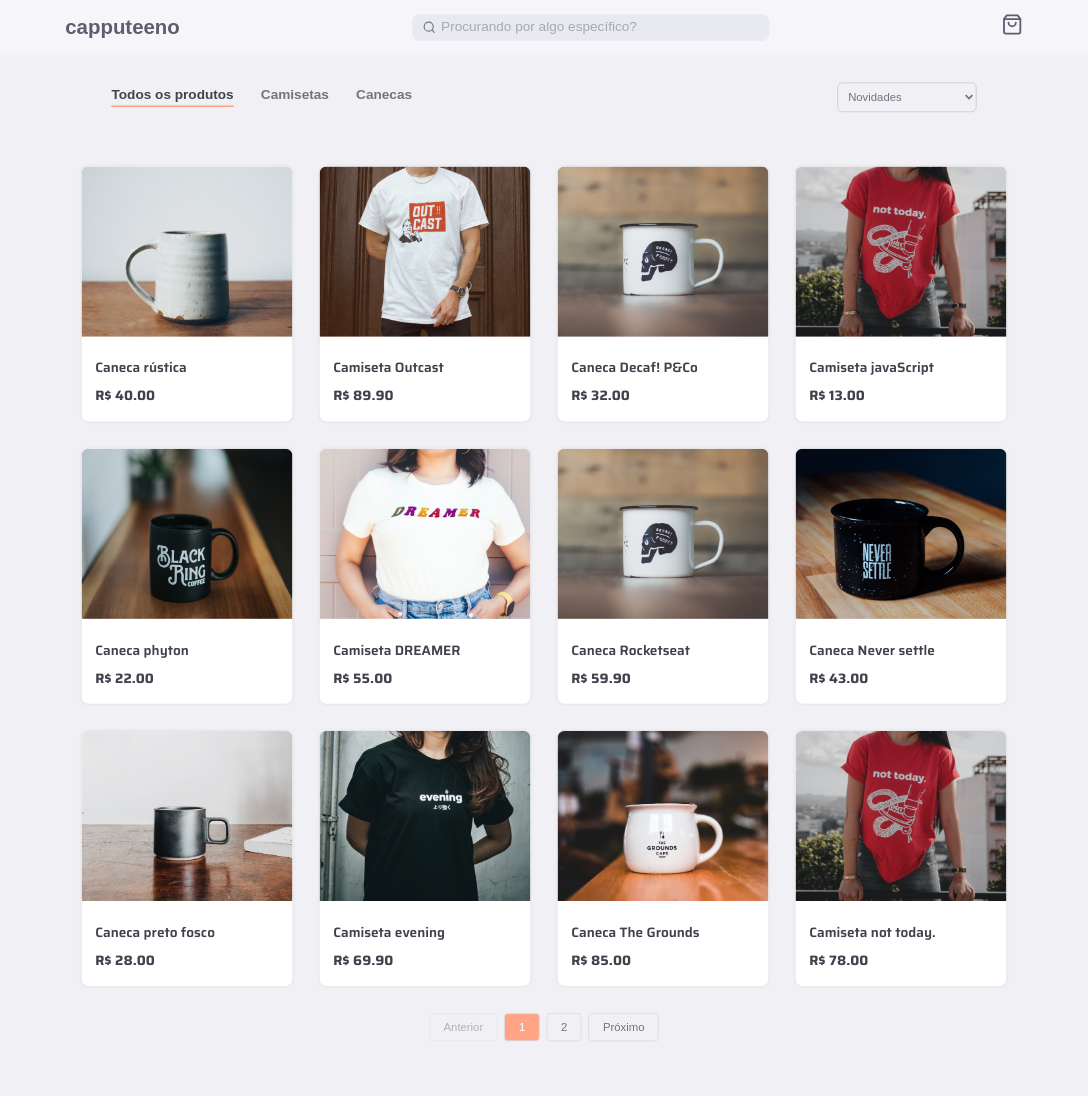
Repository: Biel-barbosa/capputeenoecomerce
Page: /
These files come from the project's save history. The page is drawn as it stood at one moment and after the next save; the edit follows.
The browser window is 1280 px wide. The pictures show the whole page, at 85% of full size.
Some web fonts or font styles are not loaded; a fallback is used. The project was rebuilt for these pictures with package versions that can differ from the ones it lists, and the page was loaded fresh each time. The framework's server and built-in components were replaced by stand-ins that run in the browser. Also part of the build but not shown: next.config.ts.

Above is the page before, as saved 2025-04-25 16:02:49.

### src/app/layout.tsx
import type { Metadata } from "next";
import { Geist, Geist_Mono } from "next/font/google";
import { Saira, Saira_Stencil_One } from 'next/font/google';
import "./globals.css";
import ClientProviders from "@/components/ClientProviders";

const saira = Saira({
  subsets: ['latin'],
  weight: ['400', '600', '700'],
  variable: '--font-saira',
});

const sairaStencilOne = Saira_Stencil_One({
  subsets: ['latin'],
  weight: ['400'],
  variable: '--font-saira-stencil',
});

const geistSans = Geist({
  variable: "--font-geist-sans",
  subsets: ["latin"],
});

const geistMono = Geist_Mono({
  variable: "--font-geist-mono",
  subsets: ["latin"],
});

export const metadata: Metadata = {
  title: "Capputeeno",
  description: "Loja de tecnologia minimalista",
};

export default function RootLayout({
  children,
}: Readonly<{
  children: React.ReactNode;
}>) {
  return (
    <html lang="pt-br" className={`${saira.variable} ${sairaStencilOne.variable} ${geistSans.variable} ${geistMono.variable}`}>
      <body>
        <ClientProviders>
          {children}
        </ClientProviders>
      </body>
    </html>
  );
}

### src/app/page.tsx
'use client';

import { useState, useMemo } from 'react';
import styled from 'styled-components';
import Header from '../components/Header';
import { products as allProducts } from '../data/products';
import ProductsList from '@/components/ProductsList';

const Container = styled.main`
  width: 100%;
  padding: 2rem 4vw;
  background-color: #f0f0f5;
  min-height: 100vh;
  box-sizing: border-box;

  @media (max-width: 1024px) {
    padding: 2rem 3vw;
  }

  @media (max-width: 768px) {
    padding: 1.5rem 2vw;
  }

  @media (max-width: 480px) {
    padding: 1rem 2vw;
  }
`;

const FiltersWrapper = styled.div`
  display: flex;
  justify-content: space-between;
  align-items: center;
  flex-wrap: wrap;
  margin-bottom: 2rem;
  padding: 0 5rem; /* Ajuste para o desktop, 5rem é mais equilibrado */

  @media (max-width: 768px) {
    flex-direction: column;
    gap: 1rem;
    padding: 0 1rem; /* Menos padding no mobile para evitar quebra de layout */
  }
`;

const Categories = styled.div`
  display: flex;
  gap: 2rem;

  button {
    background: none;
    border: none;
    font-weight: 600;
    font-size: 1rem;
    cursor: pointer;
    border-bottom: 2px solid transparent;
    padding-bottom: 4px;
    transition: 0.2s;
    color: #737380;

    &.active {
      color: #41414d;
      border-color: #ffa585;
    }
  }

  @media (max-width: 768px) {
    gap: 1rem;
    justify-content: center;
  }
`;

const SortSelect = styled.select`
  background: #f0f0f5;
  color: #737380;
  padding: 0.5rem;
  border-radius: 6px;
  border: 1px solid #ccc;

  @media (max-width: 768px) {
    width: 100%;
  }
`;

const HomePage = () => {
  const [category, setCategory] = useState('all');
  const [searchTerm, setSearchTerm] = useState('');
  const [sortOption, setSortOption] = useState('newest');
  const [currentPage, setCurrentPage] = useState(1);

  const itemsPerPage = 12;

  const filteredProducts = useMemo(() => {
    let products = allProducts.filter((product) => {
      const matchesCategory = category === 'all' || product.category === category;
      const matchesSearch = product.title.toLowerCase().includes(searchTerm.toLowerCase());
      return matchesCategory && matchesSearch;
    });

    if (sortOption === 'price-asc') {
      products = products.sort((a, b) => a.price - b.price);
    } else if (sortOption === 'price-desc') {
      products = products.sort((a, b) => b.price - a.price);
    } else if (sortOption === 'bestsellers') {
      products = products.sort((a, b) => b.sales - a.sales);
    } else {
      products = products.sort((a, b) => new Date(b.createdAt).getTime() - new Date(a.createdAt).getTime());
    }

    return products;
  }, [category, searchTerm, sortOption]);

  const totalPages = Math.ceil(filteredProducts.length / itemsPerPage);
  const paginatedProducts = filteredProducts.slice(
    (currentPage - 1) * itemsPerPage,
    currentPage * itemsPerPage
  );

  return (
    <>
      <Header onSearch={setSearchTerm} />
      <Container>
        <FiltersWrapper>
          <Categories>
            {['all', 't-shirts', 'mugs'].map((cat) => (
              <button
                key={cat}
                className={category === cat ? 'active' : ''}
                onClick={() => {
                  setCategory(cat);
                  setCurrentPage(1);
                }}
              >
                {cat === 'all' ? 'Todos os produtos' : cat === 't-shirts' ? 'Camisetas' : 'Canecas'}
              </button>
            ))}
          </Categories>

          <SortSelect
            value={sortOption}
            onChange={(e) => {
              setSortOption(e.target.value);
              setCurrentPage(1);
            }}
          >
            <option value="newest">Novidades</option>
            <option value="price-desc">Preço: Maior - menor</option>
            <option value="price-asc">Preço: Menor - maior</option>
            <option value="bestsellers">Mais vendidos</option>
          </SortSelect>
        </FiltersWrapper>

        <ProductsList
          products={paginatedProducts}
          currentPage={currentPage}
          totalPages={totalPages}
          onPageChange={setCurrentPage}
        />
      </Container>
    </>
  );
};

export default HomePage;

### src/app/api/products/[id]/route.ts
import { NextResponse } from 'next/server';
import { getProductById } from '@/data/products';

export async function GET(
    request: Request,
    context: { params: { id: string } }
) {
    const { id } = await context.params;

    const product = getProductById(id);

    if (!product) {
        return NextResponse.json(
            { message: 'Produto não encontrado' },
            { status: 404 }
        );
    }

    return NextResponse.json(product);
}

### src/pages/api/products/[id].ts
import { NextApiRequest, NextApiResponse } from 'next';
import { products } from '@/data/products';

export default function handler(req: NextApiRequest, res: NextApiResponse) {
  const {
    query: { id },
  } = req;

  const product = products.find((p) => p.id === id);

  if (!product) {
    return res.status(404).json({ error: 'Produto não encontrado' });
  }

  // Converter a data para string ISO
  const productWithDate = {
    ...product,
    createdAt: product.createdAt instanceof Date ? product.createdAt.toISOString() : product.createdAt,
  };

  res.status(200).json(productWithDate);
}

### src/pages/api/products/[productId].ts
import { NextApiRequest, NextApiResponse } from 'next';
import { products } from '@/data/products';

export default function handler(req: NextApiRequest, res: NextApiResponse) {
  const {
    query: { id },
  } = req;

  const product = products.find((p) => p.id === id);

  if (!product) {
    return res.status(404).json({ error: 'Produto não encontrado' });
  }

  const productWithDate = {
    ...product,
    createdAt: product.createdAt instanceof Date ? product.createdAt.toISOString() : product.createdAt,
  };

  res.status(200).json(productWithDate);
}

### src/components/ClientProviders.tsx
'use client';

import { ReactNode } from 'react';
import GlobalStyle from '@/styles/GlobalStyle';
import { CartProvider } from '@/contexts/CartContexts';

export default function ClientProviders({ children }: { children: ReactNode }) {
    return (
        <>
            <GlobalStyle />
            <CartProvider>
                {children}
            </CartProvider>
        </>
    );
}

### src/components/Header.tsx
'use client';

import styled from 'styled-components';
import { FiShoppingBag, FiSearch } from 'react-icons/fi';
import Link from 'next/link';
import { useCart } from '@/contexts/CartContexts';

type HeaderProps = {
  onSearch?: (value: string) => void;
};

const HeaderContainer = styled.header`
  width: 100%;
  padding: 1rem 6vw;
  background-color: #f5f5fa;
  box-sizing: border-box;
  overflow-x: hidden;
`;

const HeaderContent = styled.div`
  width: 100%;
  max-width: 1140px;
  margin: 0 auto;
  display: flex;
  align-items: center;
  justify-content: space-between;
  gap: 1rem;
  flex-wrap: nowrap;

  @media (max-width: 768px) {
    gap: 0.5rem;
  }
`;

const Logo = styled.h1`
  font-size: 1.5rem;
  font-weight: 600;
  color: #5d5d6d;
  white-space: nowrap;
  font-family: var(--font-logo);

  @media (max-width: 768px) {
    font-size: 1.2rem;
  }
`;

const SearchWrapper = styled.div`
  flex: 1;
  max-width: 420px;
  display: flex;
  align-items: center;
  background: #e9e9f0;
  padding: 0.4rem 0.75rem;
  border-radius: 8px;

  svg {
    font-size: 1rem;
    color: #737380;
    margin-right: 0.4rem;
  }

  @media (max-width: 768px) {
    max-width: 180px;
    flex-shrink: 1;
  }
`;

const SearchInput = styled.input`
  border: none;
  background: transparent;
  flex: 1;
  font-size: 1rem;
  color: #737380;

  &::placeholder {
    color: #a8a8b3;
  }

  &:focus {
    outline: none;
  }

  @media (max-width: 768px) {
    font-size: 0.9rem;

    &::placeholder {
      color: transparent;
    }
  }
`;

const CartButton = styled.button`
  position: relative;
  background: none;
  border: none;
  cursor: pointer;

  svg {
    font-size: 1.6rem;
    color: #5d5d6d;
  }

  @media (max-width: 768px) {
    svg {
      font-size: 1.4rem;
    }
  }
`;

const CartCount = styled.span`
  position: absolute;
  top: -8px;
  right: -8px;
  background-color: #de3838;
  color: white;
  border-radius: 50%;
  font-size: 0.75rem;
  padding: 0.25rem 0.5rem;
  line-height: 1;
`;

const Header = ({ onSearch }: HeaderProps) => {
  const { cartItemCount } = useCart();

  return (
    <HeaderContainer>
      <HeaderContent>
        <Link href="/" passHref>
          <Logo>capputeeno</Logo>
        </Link>

        <SearchWrapper>
          <FiSearch />
          <SearchInput
            type="text"
            placeholder="Procurando por algo específico?"
            onChange={(e) => onSearch?.(e.target.value)}
          />
        </SearchWrapper>

        <Link href="/cart" passHref>
          <CartButton>
            <FiShoppingBag />
            {cartItemCount > 0 && <CartCount>{cartItemCount}</CartCount>}
          </CartButton>
        </Link>
      </HeaderContent>
    </HeaderContainer>
  );
};

export default Header;

### src/data/products.ts
export type Product = {
    id: string;
    title: string;
    image: string;
    price: number;
    category: 't-shirts' | 'mugs';
    description: string;
    createdAt: Date | string;
    sales: number;
};

export const products: Product[] = [
    {
        id: '1',
        title: 'Camiseta not today.',
        image: '/images/Camiseta-not-today.jpg',
        price: 78.0,
        category: 't-shirts',
        description: 'Aqui vem um texto descritivo do produto, esta caixa de texto servirá apenas de exemplo para que simule algum texto que venha a ser inserido nesse campo, descrevendo tal produto.',
        createdAt: new Date('2024-03-01'),
        sales: 30,
    },
    {
        id: '2',
        title: 'Caneca rústica',
        image: '/images/Caneca-ceramica-rustica.jpg',
        price: 40.0,
        category: 'mugs',
        description: 'Aqui vem um texto descritivo do produto, esta caixa de texto servirá apenas de exemplo para que simule algum texto que venha a ser inserido nesse campo, descrevendo tal produto.',
        createdAt: new Date('2024-04-10'),
        sales: 80,
    },
    {
        id: '3',
        title: 'Camiseta Broken Saints',
        image: '/images/Camiseta-broken-saints.jpg',
        price: 58.0,
        category: 't-shirts',
        description: 'Aqui vem um texto descritivo do produto, esta caixa de texto servirá apenas de exemplo para que simule algum texto que venha a ser inserido nesse campo, descrevendo tal produto.',
        createdAt: new Date('2024-01-15'),
        sales: 45,
    },
    {
        id: '4',
        title: 'Caneca Black Ring',
        image: '/images/Caneca-Black-Ring.jpg',
        price: 32.0,
        category: 'mugs',
        description: 'Aqui vem um texto descritivo do produto, esta caixa de texto servirá apenas de exemplo para que simule algum texto que venha a ser inserido nesse campo, descrevendo tal produto.',
        createdAt: new Date('2024-02-20'),
        sales: 60,
    },
    {
        id: '5',
        title: 'Camiseta Outcast',
        image: '/images/Camiseta-outcast.jpg',
        price: 89.9,
        category: 't-shirts',
        description: 'Aqui vem um texto descritivo do produto, esta caixa de texto servirá apenas de exemplo para que simule algum texto que venha a ser inserido nesse campo, descrevendo tal produto.',
        createdAt: new Date('2024-04-05'),
        sales: 50,
    },
    {
        id: '6',
        title: 'Caneca The Grounds',
        image: '/images/Caneca-The-Grounds.jpg',
        price: 85.0,
        category: 'mugs',
        description: 'Aqui vem um texto descritivo do produto, esta caixa de texto servirá apenas de exemplo para que simule algum texto que venha a ser inserido nesse campo, descrevendo tal produto.',
        createdAt: new Date('2024-03-10'),
        sales: 75,
    },
    {
        id: '7',
        title: 'Camiseta evening',
        image: '/images/Camiseta-evening.jpg',
        price: 69.9,
        category: 't-shirts',
        description: 'Aqui vem um texto descritivo do produto, esta caixa de texto servirá apenas de exemplo para que simule algum texto que venha a ser inserido nesse campo, descrevendo tal produto.',
        createdAt: new Date('2024-03-11'),
        sales: 62,
    },
    {
        id: '8',
        title: 'Caneca preto fosco',
        image: '/images/Caneca-preto-fosco.jpg',
        price: 28.0,
        category: 'mugs',
        description: 'Aqui vem um texto descritivo do produto, esta caixa de texto servirá apenas de exemplo para que simule algum texto que venha a ser inserido nesse campo, descrevendo tal produto.',
        createdAt: new Date('2024-03-12'),
        sales: 58,
    },
    {
        id: '9',
        title: 'Caneca Never settle',
        image: '/images/Caneca-Never-settle.jpg',
        price: 43.0,
        category: 'mugs',
        description: 'Aqui vem um texto descritivo do produto, esta caixa de texto servirá apenas de exemplo para que simule algum texto que venha a ser inserido nesse campo, descrevendo tal produto.',
        createdAt: new Date('2024-03-13'),
        sales: 54,
    },
    {
        id: '10',
        title: 'Caneca Rocketseat',
        image: '/images/Caneca-Decaf!-P&Co.jpg',
        price: 59.9,
        category: 'mugs',
        description: 'Aqui vem um texto descritivo do produto, esta caixa de texto servirá apenas de exemplo para que simule algum texto que venha a ser inserido nesse campo, descrevendo tal produto.',
        createdAt: new Date('2024-03-14'),
        sales: 48,
    },
    {
        id: '11',
        title: 'Camiseta DREAMER',
        image: '/images/Camiseta-DREAMER.jpg',
        price: 55.0,
        category: 't-shirts',
        description: 'Aqui vem um texto descritivo do produto, esta caixa de texto servirá apenas de exemplo para que simule algum texto que venha a ser inserido nesse campo, descrevendo tal produto.',
        createdAt: new Date('2024-03-15'),
        sales: 52,
    },
    {
        id: '12',
        title: 'Caneca Decaf! P&Co',
        image: '/images/Caneca-Decaf!-P&Co.jpg',
        price: 32.0,
        category: 'mugs',
        description: 'Aqui vem um texto descritivo do produto, esta caixa de texto servirá apenas de exemplo para que simule algum texto que venha a ser inserido nesse campo, descrevendo tal produto.',
        createdAt: new Date('2024-03-16'),
        sales: 70,
    },
    {
        id: '13',
        title: 'Camiseta javaScript',
        image: '/images/Camiseta-not-today.jpg',
        price: 13.0,
        category: 't-shirts',
        description: 'Aqui vem um texto descritivo do produto, esta caixa de texto servirá apenas de exemplo para que simule algum texto que venha a ser inserido nesse campo, descrevendo tal produto.',
        createdAt: new Date('2024-03-16'),
        sales: 70,
    },
    {
        id: '14',
        title: 'Caneca phyton',
        image: '/images/Caneca-Black-Ring.jpg',
        price: 22.0,
        category: 'mugs',
        description: 'Aqui vem um texto descritivo do produto, esta caixa de texto servirá apenas de exemplo para que simule algum texto que venha a ser inserido nesse campo, descrevendo tal produto.',
        createdAt: new Date('2024-03-16'),
        sales: 70,
    },
];

export function getProductById(id: string) {
    return products.find((product) => product.id === id);
}

### src/components/ProductsList.tsx
'use client';

import styled from 'styled-components';
import { Product } from '@/data/products';
import Link from 'next/link';

type Props = {
  products: Product[];
  currentPage: number;
  totalPages: number;
  onPageChange: (page: number) => void;
};

const Container = styled.main`
  flex: 1;
  background-color: #f0f0f5;
  padding: 2rem;
`;

const ProductsGrid = styled.div`
  display: grid;
  grid-template-columns: repeat(4, 248px);
  gap: 2rem;
  justify-content: center;

  @media (max-width: 1024px) {
    grid-template-columns: repeat(2, 1fr);
  }

  @media (max-width: 600px) {
    grid-template-columns: 1fr;
  }
`;

const ProductCard = styled.div`
  background-color: white;
  border-radius: 8px;
  width: 248px;
  height: 300px;
  box-shadow: 0 0 4px rgba(0, 0, 0, 0.1);
  display: flex;
  flex-direction: column;
  justify-content: space-between;
  overflow: hidden;
  cursor: pointer;
  transition: transform 0.3s ease, box-shadow 0.3s ease;

  &:hover {
    transform: scale(1.05);
    box-shadow: 0 8px 16px rgba(0, 0, 0, 0.15);
  }
`;

const ProductImage = styled.img`
  width: 100%;
  height: 200px;
  object-fit: cover;
  transition: transform 0.3s ease;

  ${ProductCard}:hover & {
    transform: scale(1.1);
  }
`;

const ProductInfo = styled.div`
  padding: 1rem;
  display: flex;
  flex-direction: column;
  justify-content: start;
  height: 156px;
`;

const ProductTitle = styled.h3`
  font-size: 1rem;
  color: #41414d;
  margin: 0.5rem 0;
`;

const ProductPrice = styled.span`
  font-weight: bold;
  color: #41414D;
`;

const PaginationContainer = styled.div`
  display: flex;
  justify-content: center;
  margin-top: 2rem;
  gap: 0.5rem;
`;

const PageButton = styled.button<{ $isActive: boolean }>`
  background: ${({ $isActive }) => ($isActive ? '#FFA585' : 'transparent')};
  border: 1px solid #dcdce5;
  color: ${({ $isActive }) => ($isActive ? '#fff' : '#737380')};
  padding: 0.5rem 1rem;
  border-radius: 4px;
  cursor: pointer;

  &:disabled {
    opacity: 0.5;
    cursor: not-allowed;
  }
`;

const ProductsList = ({ products, currentPage, totalPages, onPageChange }: Props) => {
  return (
    <Container>
      <ProductsGrid>
        {products.map((product) => (
          <Link href={`/product/${product.id}`} passHref key={product.id}>
            <ProductCard>
              <ProductImage src={product.image} alt={product.title} />
              <ProductInfo>
                <ProductTitle>{product.title}</ProductTitle>
                <ProductPrice>R$ {product.price.toFixed(2)}</ProductPrice>
              </ProductInfo>
            </ProductCard>
          </Link>
        ))}
      </ProductsGrid>

      <PaginationContainer>
        <PageButton onClick={() => onPageChange(currentPage - 1)} disabled={currentPage === 1} $isActive={false}>
          Anterior
        </PageButton>

        {[...Array(totalPages)].map((_, index) => {
          const page = index + 1;
          return (
            <PageButton
              key={page}
              onClick={() => onPageChange(page)}
              $isActive={currentPage === page}
            >
              {page}
            </PageButton>
          );
        })}

        <PageButton onClick={() => onPageChange(currentPage + 1)} disabled={currentPage === totalPages} $isActive={false}>
          Próximo
        </PageButton>
      </PaginationContainer>
    </Container>
  );
};

export default ProductsList;

### src/styles/GlobalStyle.ts
import { createGlobalStyle } from 'styled-components';

const GlobalStyle = createGlobalStyle`
  :root {
    --font-body: var(--font-saira);
    --font-logo: var(--font-saira-stencil);
  }

  * {
    margin: 0;
    padding: 0;
    box-sizing: border-box;
  }

  html,
  body {
    font-family: var(--font-body), sans-serif;
    background-color: #f5f5fa;
    color: #121214;
  }

  h1, h2, h3 {
    font-weight: 600;
  }
`;

export default GlobalStyle;

### src/contexts/CartContexts.tsx
'use client';

import React, {
    createContext,
    useContext,
    useState,
    useEffect,
    ReactNode,
} from 'react';
import { Product } from '@/data/products';

export type CartItem = Product & { quantity: number };

export type CartContextType = {
    cart: CartItem[];
    addToCart: (product: Product) => void;
    removeFromCart: (id: string) => void;
    updateCart: (items: CartItem[]) => void;
    cartItemCount: number;
};

export const CartContext = createContext<CartContextType | undefined>(undefined);

export const CartProvider = ({ children }: { children: ReactNode }) => {
    const [cart, setCart] = useState<CartItem[]>([]);

    useEffect(() => {
        const stored = localStorage.getItem('cart');
        if (stored) {
            setCart(JSON.parse(stored));
        }
    }, []);

    const saveCart = (items: CartItem[]) => {
        setCart(items);
        localStorage.setItem('cart', JSON.stringify(items));
    };

    const addToCart = (product: Product) => {
        const existing = cart.find(item => item.id === product.id);

        let updatedCart: CartItem[];

        if (existing) {
            updatedCart = cart.map(item =>
                item.id === product.id
                    ? { ...item, quantity: item.quantity + 1 }
                    : item
            );
        } else {
            updatedCart = [...cart, { ...product, quantity: 1 }];
        }

        saveCart(updatedCart);
    };

    const removeFromCart = (id: string) => {
        const updatedCart = cart.filter(item => item.id !== id);
        saveCart(updatedCart);
    };

    const updateCart = (items: CartItem[]) => {
        saveCart(items);
    };

    const cartItemCount = cart.length;;

    return (
        <CartContext.Provider
            value={{ cart, addToCart, removeFromCart, updateCart, cartItemCount }}
        >
            {children}
        </CartContext.Provider>
    );
};

export const useCart = () => {
    const context = useContext(CartContext);
    if (!context) {
        throw new Error('useCart must be used within a CartProvider');
    }
    return context;
};

Loaded but not shown: src/app/globals.css (common file)

After the next save:
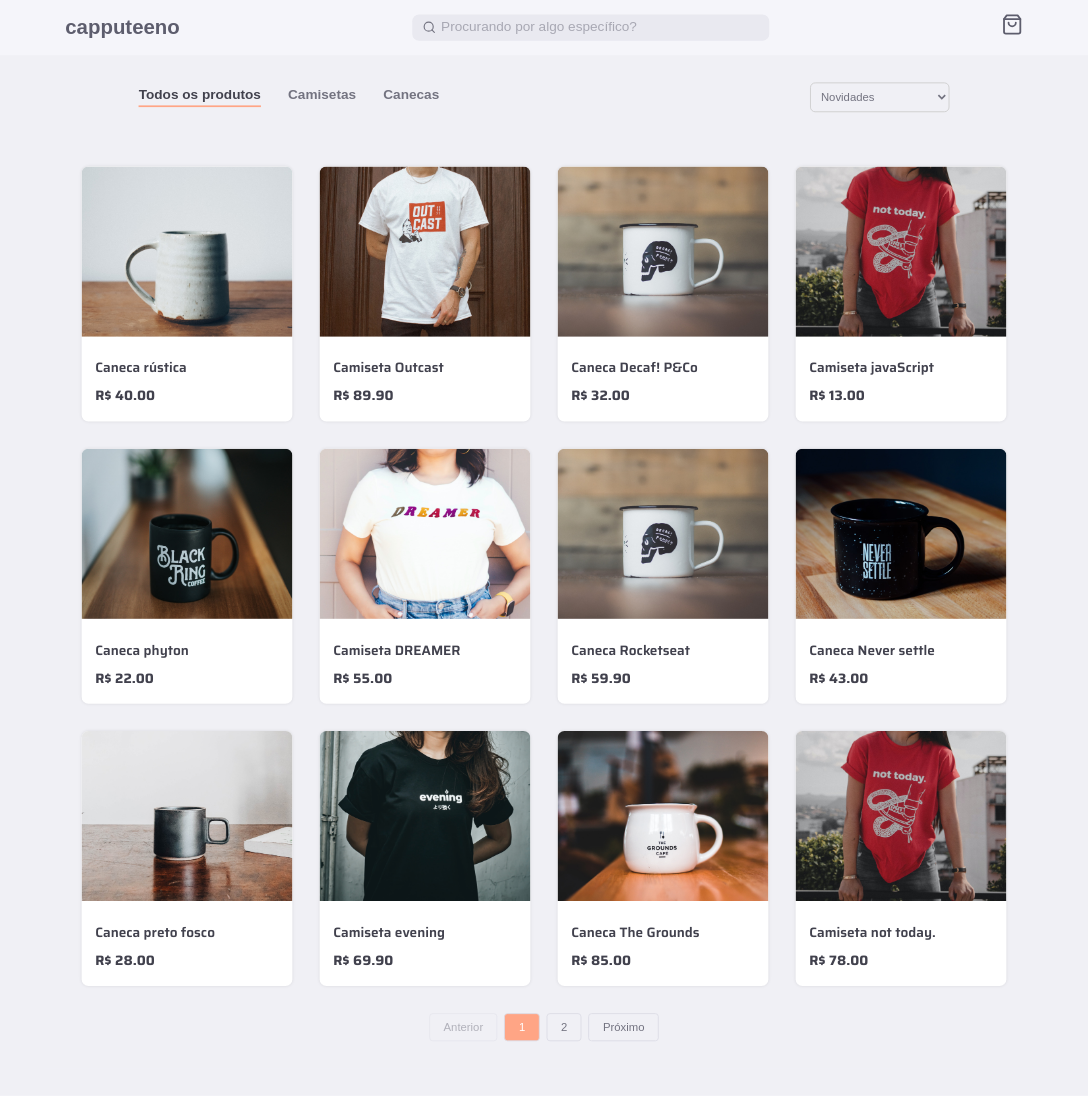
Saved 7 s later.
--- a/src/app/page.tsx
+++ b/src/app/page.tsx
@@ -32,7 +32,7 @@ const FiltersWrapper = styled.div`
   align-items: center;
   flex-wrap: wrap;
   margin-bottom: 2rem;
-  padding: 0 5rem; /* Ajuste para o desktop, 5rem é mais equilibrado */
+  padding: 0 7rem; /* Ajuste para o desktop, 5rem é mais equilibrado */
 
   @media (max-width: 768px) {
     flex-direction: column;
